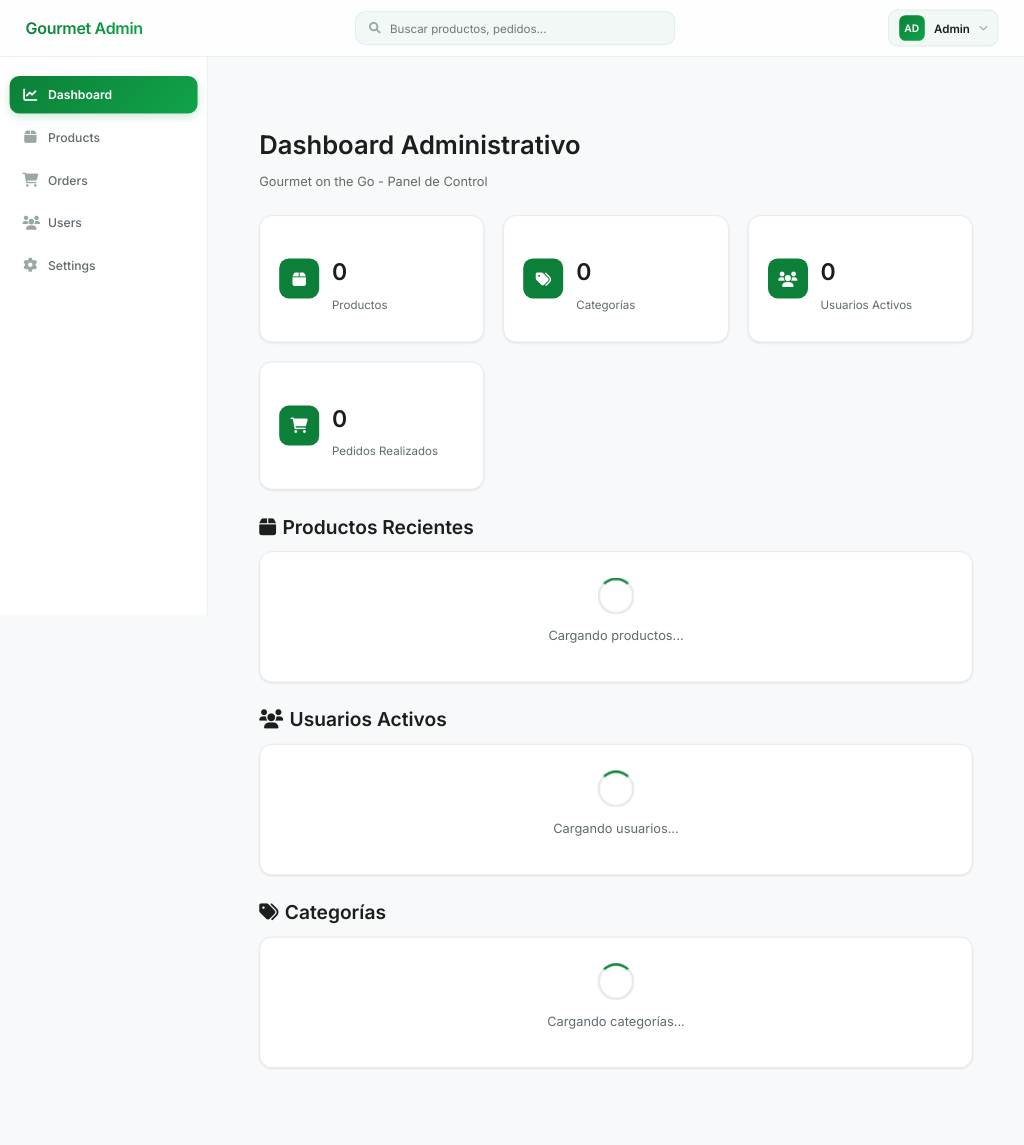
Repository: Kevingedev/Gourmet-on-the-Go
Page: admin/app/dashboard/index.html
The author's editor kept a copy of each file at every save. The page is drawn from the files as they stood at one save, then again after the next save.
The browser window is 1280 px wide. The pictures show the whole page, at 80% of full size.

Above is the page before, as saved 2026-01-14 09:57:35.

After the next save:
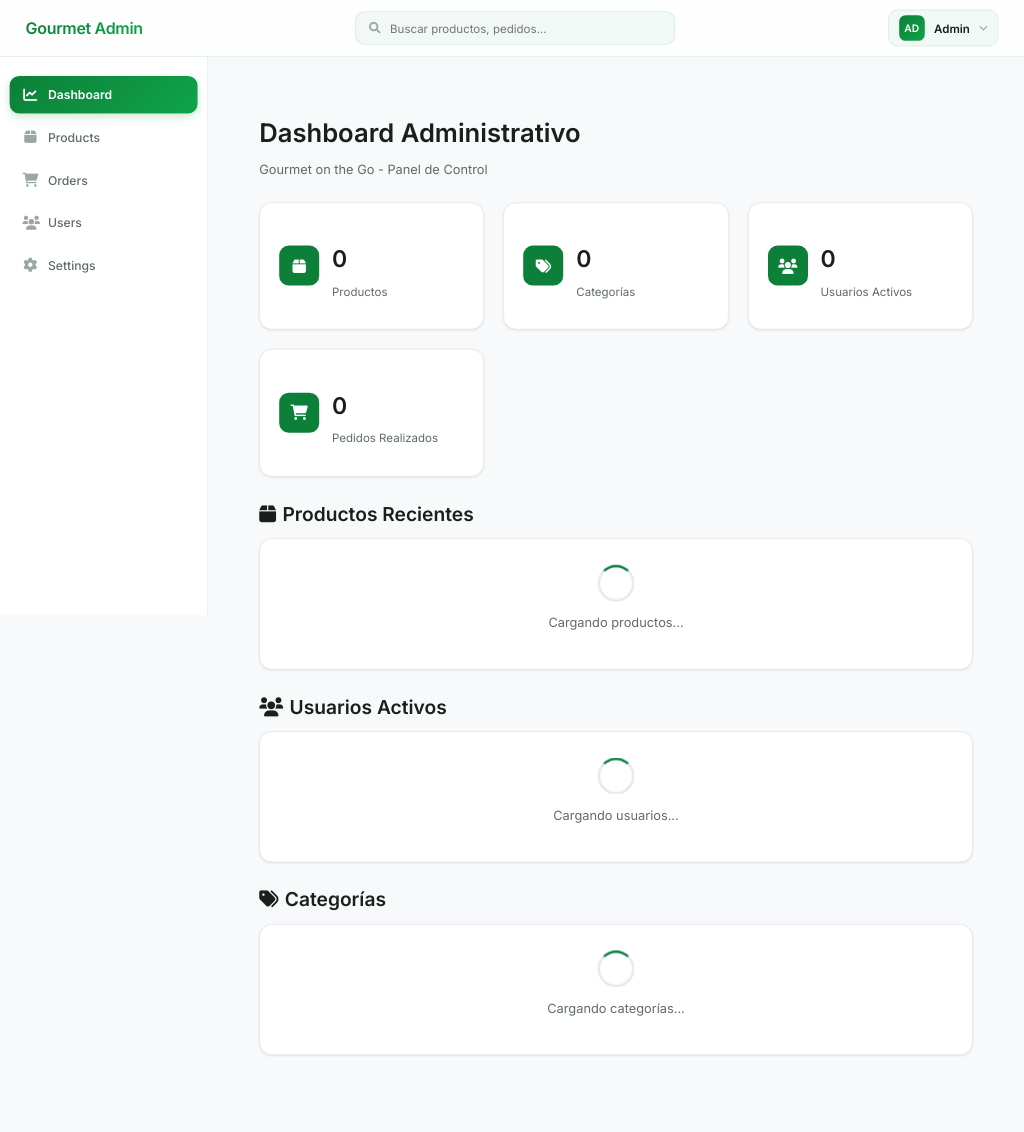
Saved 65 s later.
--- a/admin/app/dashboard/index.html
+++ b/admin/app/dashboard/index.html
@@ -20,7 +20,7 @@
         }
 
         .dashboard-section {
-            padding: 2rem;
+            padding: 1rem 2rem 2rem 2rem;
             background: transparent;
         }
 
